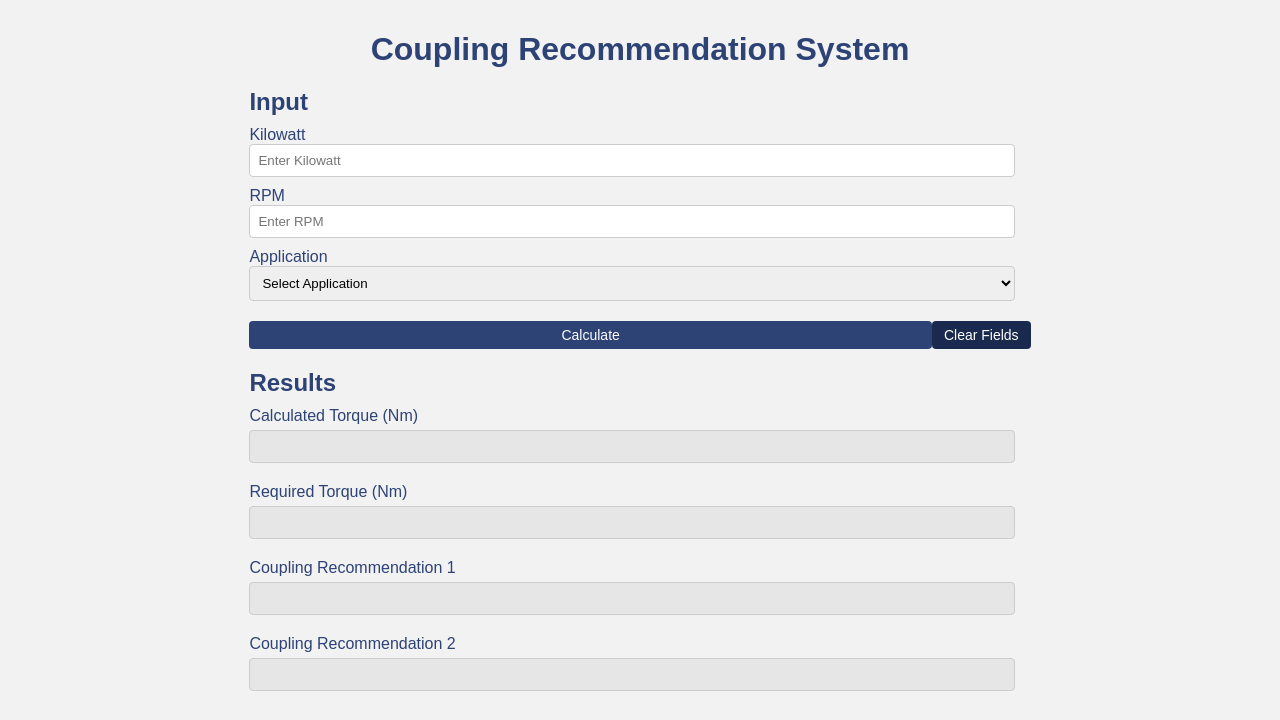
Repository: JustinSadie/calculator
Page: newIndex.html
An editor plug-in stored every save of this project. The page is shown before and after the next save, followed by the edit.
The browser window is 1280 px wide. The pictures show the whole page.

Above is the page before, as saved 2024-08-25 15:59:16.

### newIndex.html
<!DOCTYPE html>
<html lang="en">
  <head>
    <meta charset="UTF-8" />
    <meta name="viewport" content="width=device-width, initial-scale=1.0" />
    <title>Coupling Recommendation</title>
    <link rel="stylesheet" href="newCSS.css" />
  </head>
  <body>
    <div class="coupling-calculator">
      <h1>Coupling Recommendation System</h1>

      <div class="input-section">
        <h2>Input</h2>
        <label for="kilowatt">Kilowatt</label>
        <input
          type="number"
          id="kilowatt"
          placeholder="Enter Kilowatt"
          required
        />

        <label for="rotationSpeed">RPM</label>
        <input
          type="number"
          id="rotationSpeed"
          placeholder="Enter RPM"
          required
        />

        <label for="application">Application</label>
        <select id="application">
          <option value="">Select Application</option>
          <option value="1.2">Centrifugal Pumps</option>
          <option value="1.2">Fans</option>
          <option value="1.2">Belt Conveyors</option>
          <option value="1.6">Hammermill</option>
          <option value="1.6">Bucket Elevator</option>
          <option value="1.6">Scraper Conveyor</option>
          <option value="2.4">Reciprocating Pump</option>
          <option value="2.4">Compressor(3Cyl or less)</option>
          <option value="2">Crusher</option>
          <option value="2">Calender</option>
          <option value="2">Shaker</option>
          <option value="2">Compressor(4 Cyl or more)</option>
          <option value="4">Steel Mill rolers Tables</option>
          <option value="4">Heavy Reversing Drives</option>
        </select>
        <input
          type="text"
          id="customApplication"
          placeholder="Enter Custom Application"
          style="display: none"
        />

        <div class="button-container">
          <button onclick="displayResults()">Calculate</button>
          <button class="additional">Clear Fields</button>
        </div>
      </div>

      <div class="output-section">
        <h2>Results</h2>
        <div class="result">
          <label for="torqueResult">Calculated Torque (Nm)</label>
          <input type="text" id="torqueResult" readonly />
        </div>

        <div class="result">
          <label for="coupRat">Required Torque (Nm)</label>
          <input type="text" id="coupRat" readonly />
        </div>

        <div class="result">
          <label for="brCouplingSuggest1">Coupling Recommendation 1</label>
          <input type="text" id="brCouplingSuggest1" readonly />
        </div>

        <div class="result">
          <label for="brCouplingSuggest2">Coupling Recommendation 2</label>
          <input type="text" id="brCouplingSuggest2" readonly />
        </div>
      </div>

      <script src="Coupling generator copy.js"></script>
    </div>
  </body>
</html>

### newCSS.css
/* Overall page styling */
body {
  font-family: Arial, sans-serif;
  margin: 0;
  padding: 0;
  background-color: #f2f2f2;
  color: #2d4275;
  display: flex;
  justify-content: center;
  align-items: center;
  min-height: 100vh;
}

.coupling-caclulator {
  max-width: 50%; /* Make the container half the width of the page */
  margin: 0 auto;
  padding: 20px;
  background-color: #ffffff;
  box-shadow: 0 0 10px rgba(0, 0, 0, 0.1);
  border: 2px solid #2d4275; /* Add border around the container */
  border-radius: 8px;
  box-sizing: border-box; /* Include padding and border in the width */
}

h1 {
  color: #2d4275;
  text-align: center;
  margin-bottom: 20px;
}

/* Input section styling */
.input-section {
  margin-bottom: 20px;
}

.input-section h2 {
  color: #2d4275;
  margin-bottom: 10px;
}

input,
select {
  padding: 8px; /* Make the input fields smaller */
  margin-bottom: 10px;
  width: calc(100% - 16px); /* Adjust width to account for padding and borders */
  border: 1px solid #ccc;
  border-radius: 4px;
  box-sizing: border-box;
}

/* Container for buttons */
.button-container {
  display: grid;
  grid-template-columns: 1fr auto;
  justify-content: space-between; /* Space between the buttons */
  margin-top: 10px;
}

button {
  padding: 6px 12px; /* Adjust padding if needed */
  background-color: #2d4275;
  color: #ffffff;
  border: none;
  border-radius: 4px;
  cursor: pointer;
  font-size: 14px;
}

button:hover {
  background-color: #1a2a4f;
}

/* Additional button styling */
button.additional {
  background-color: #1a2a4f;
}

button.additional:hover {
  background-color: #0d1a3b;
}


/* Output section styling */
.output-section {
  margin-top: 20px;
}

.output-section h2 {
  color: #2d4275;
  margin-bottom: 10px;
}

.result {
  margin-bottom: 10px;
}

.result label {
  display: block;
  margin-bottom: 5px;
  color: #2d4275;
}

.result input {
  padding: 8px; /* Make the output fields smaller */
  border: 1px solid #ccc;
  border-radius: 4px;
  width: calc(100% - 16px); /* Adjust width to account for padding and borders */
  box-sizing: border-box;
  background-color: #f9f9f9;
}

.result input[readonly] {
  background-color: #e6e6e6;
  cursor: not-allowed;
}

### Coupling generator copy.js
lst = [97,128, 164, 187, 215, 255, 271, 314, 355, 428,
    471, 517, 618, 679, 706, 868, 889, 900,
    1089, 1227, 1296, 1392, 1427, 1641, 1768, 2081,
    2150, 2398, 2551, 2837, 3134, 3343, 3536, 3787,
    4274, 4873, 4963, 5326, 5860, 6645, 6721, 6978,
    7234, 8443, 8806, 9071, 9864, 10172, 10811, 11063,
    12835, 13359, 13870, 14165, 16126, 17502, 18434,
    20135, 20684, 21989, 24153, 28155, 28166, 29107,
    35206, 35584, 38136, 38177, 45784, 48006, 50019,
    52525, 55588, 58182, 68818, 72908, 75800, 79879,
    86627, 99418, 100312, 104658, 136282, 136785,
    152552, 178422, 208020, 234914, 366843
]


const bearingData = {
  black: {
    sizes: [97, 164, 271, 471, 679, 1089, 1641, 2551, 3787, 5326, 6721, 8443, 10811, 18434, 29107, 38177, 52525, 79879],
  },
  yellow: {
    sizes: [128, 215, 355, 618, 889, 1427, 2150, 3343, 4963, 6978, 8806, 11063, 14165, 24153, 38136, 50019, 68818, 104658],
  },
  blue: {
    sizes: [187, 314, 517, 900, 1296, 2081, 3134, 4873, 7234, 10172, 12835, 16126, 20684, 35206, 55588, 72908, 100312, 152552],
  },
  green: {
    sizes: [255, 428, 706, 1227, 1768, 2837, 4274, 6645, 9864, 13870, 17502, 21989, 28155, 48006, 75800, 99418, 136785, 208020],
  },
  red: {
    sizes: [517, 868, 1392, 2398, 3536, 5860, 9071, 13359, 20135, 28166, 35584, 45784, 58182, 86627, 136282, 178422, 234914, 366843],
  },
};

const sizeIndex = {
    "BR_95" : 0,
   "BR_115" : 1,
   "BR_135" : 2,
   "BR_155" : 3,
   "BR_179" : 4,
   "BR_206" : 5,
   "BR_236" : 6,
   "BR_276" : 7,
   "BR_306" : 8,
   "BR_336" : 9,
   "BR_366" : 10,
   "BR_406" : 11,
   "BR_446" : 12,
   "BR_506" : 13,
   "BR_556" : 14,
   "BR_636" : 15,
   "BR_716" : 16,
   "BR_826" : 17,
}


function calculateTorque(){
    var kilowatt = document.getElementById("kilowatt").value;
    var rotationSpeed = document.getElementById("rotationSpeed").value;
    var torque = ((kilowatt *  9550)/rotationSpeed);
    torqueResult = torque.toFixed(2) + " (Nm)";
    return {
        torqueresultText: torqueResult,
        torqueResultNumeric: torque,
    };

}

function getSafetyFactorValue(){
    var serviceFactor = document.getElementById("application").value;
    var customServiceFactor = document.getElementById("customApplication").value.trim();

    if (customServiceFactor) {
        return customServiceFactor;
    } else if (serviceFactor && serviceFactor !== "default") {
        return serviceFactor;
    } else {
        throw new Error("Please select an application or enter a custom application.");
    }
};


function calculateAndSetCouplingRating() {
    try {
        var torque = calculateTorque().torqueResultNumeric;
        var serviceFactor = getSafetyFactorValue();

        if (isNaN(serviceFactor)) {
            throw new Error("Invalid service factor input");
        }
        var couplingRating = Math.round(torque * serviceFactor);
        var couplingRatingResult = couplingRating + " (Nm)";

        return {
            couplingRatingText: couplingRatingResult,
            couplingRatingNumeric: couplingRating,
        };
    } catch (error) {
        console.error("Error in calculateAndSetCouplingRating:", error.message);
        return {
            error: error.message,
        };
    }
}



function nextNearestValue() {

    x = calculateAndSetCouplingRating().couplingRatingNumeric;

    for(const elem of lst){
        if(x <= elem) {
            const nextIndex = lst.indexOf(elem) + 1;
            if (nextIndex < lst.length) {
                return {
                    firstRecommendation : elem,
                    secondrecommendation : lst[nextIndex],
                };
            }
        }
    }
    return {
        firstRecommendation : elem,
        secondrecommendation : "none",
    }
}

function safetyFactor(nnv,torque){
    return (nnv/torque).toFixed(2);
}

function findColorAndSize(value) {
    for (const color in bearingData) {
      const sizes = bearingData[color].sizes;
      const index = sizes.indexOf(value);
      if (index !== -1) {
        const sizeKey = Object.keys(sizeIndex).find((key) => sizeIndex[key] === index);
        return {
          color: color,
          size: sizeKey,
        };
      }
    }
    return null;
}



function displayResults(){
    var newVal = calculateAndSetCouplingRating();
    document.getElementById('torqueResult').value=calculateTorque().torqueresultText;
    document.getElementById('coupRat').value=calculateAndSetCouplingRating().couplingRatingText;

    document.getElementById('brCouplingSuggest1').value=findColorAndSize(nextNearestValue().firstRecommendation).size + " - " + findColorAndSize(nextNearestValue().firstRecommendation).color;
    document.getElementById('brCouplingSuggest2').value=findColorAndSize(nextNearestValue().secondrecommendation).size + " - " + findColorAndSize(nextNearestValue().secondrecommendation).color;
    document.getElementById('sfCouplingSuggest1').value=safetyFactor(nextNearestValue().firstRecommendation, calculateTorque().torqueResultNumeric);
    document.getElementById('sfCouplingSuggest2').value=safetyFactor(nextNearestValue().secondrecommendation, calculateTorque().torqueResultNumeric);
}


function clearTable(){
    document.getElementById('kilowatt').value="";
    document.getElementById('rotationSpeed').value="";
    document.getElementById('serviceFactor').value="";
    document.getElementById('torqueResult').value="";
    document.getElementById('coupRat').value="";
    document.getElementById('brCouplingSuggest1').value="";
    document.getElementById('brCouplingSuggest2').value="";
}

function validateInput(inputId) {
    var inputElement = document.getElementById(inputId);
    var inputValue = inputElement.value.trim();

    if (inputValue === "") {
        alert("Input cannot be empty.");
        return false;
    }

    if (!/^\d+$/.test(inputValue)) {
        alert("Input must contain only numbers.");
        return false;
    }

    return true;
}

function validateForm() {
    if (!validateInput("kilowatt") || !validateInput("rotationSpeed")) {
        return false;
    }
    return true;
}

After the next save:
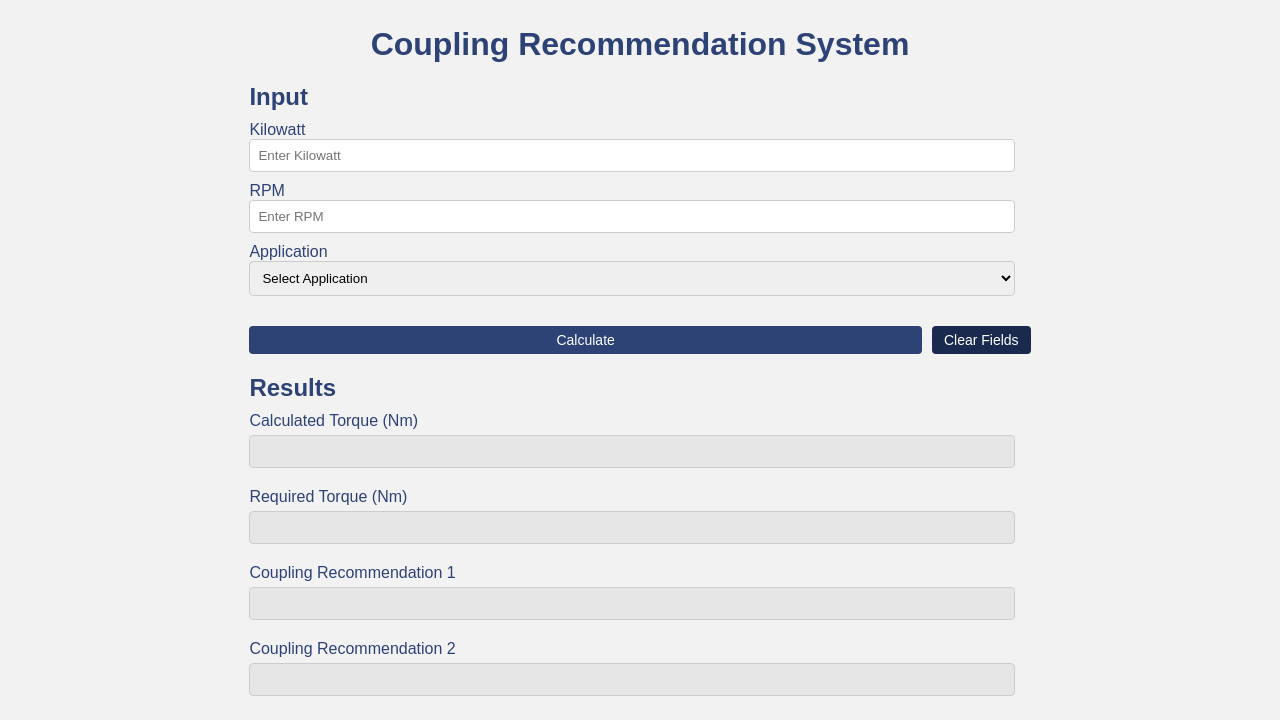
Saved 14 s later.
--- a/newCSS.css
+++ b/newCSS.css
@@ -52,8 +52,8 @@ select {
 .button-container {
   display: grid;
   grid-template-columns: 1fr auto;
-  justify-content: space-between; /* Space between the buttons */
-  margin-top: 10px;
+  gap: 10px;
+  margin-top: 20px;
 }
 
 button {
@@ -64,6 +64,7 @@ button {
   border-radius: 4px;
   cursor: pointer;
   font-size: 14px;
+
 }
 
 button:hover {
